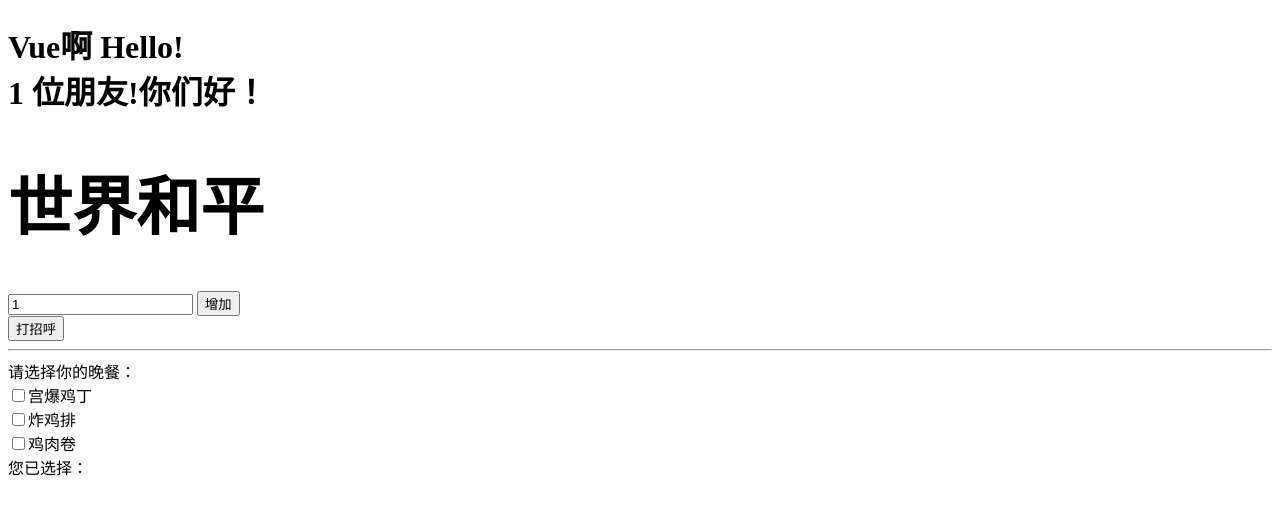
Repository: SOROoi/Web_front-end
Page: Web01_Vue/src/main/webapp/index.html
These files come from the project's save history. The page is drawn as it stood at one moment and after a run of saves; the edit follows.
The browser window is 1280 px wide. The pictures show the whole page.

Above is the page before, as saved 2020-07-11 09:52:48.

After the next 2 saves:
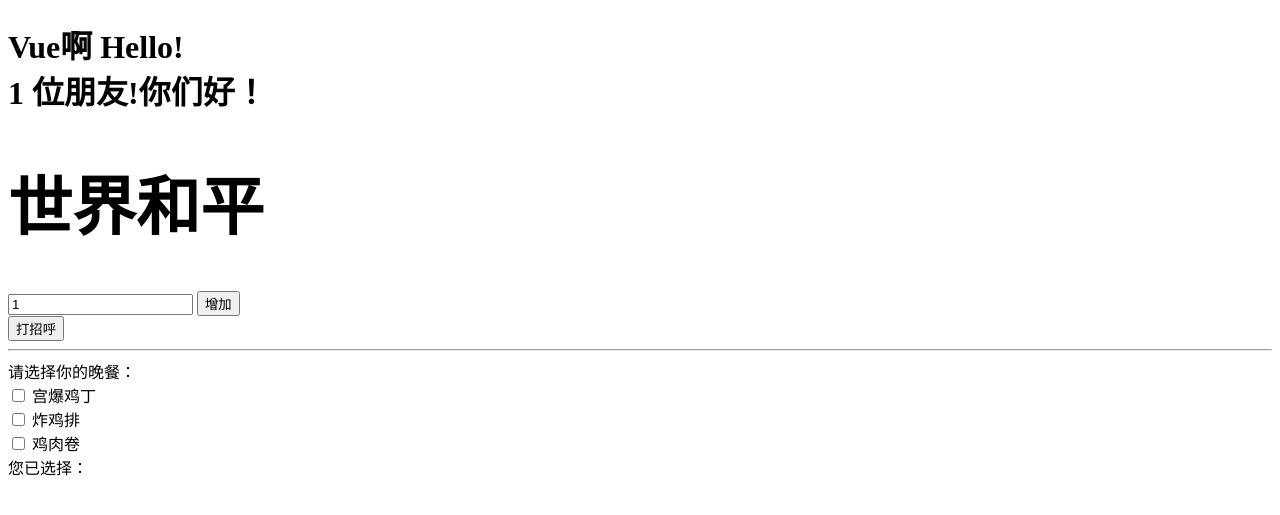
The 2 saves are shown as one change because they came seconds apart.
The last was saved 114 s later.
--- a/Web01_Vue/src/main/webapp/index.html
+++ b/Web01_Vue/src/main/webapp/index.html
@@ -23,12 +23,16 @@
 		<!-- v-model -->
 		<hr>
 		请选择你的晚餐： <br>
-		<input type="checkbox" v-model="dinner" value="宫爆鸡丁">宫爆鸡丁<br>
-		<input type="checkbox" v-model="dinner" value="炸鸡排">炸鸡排<br>
-		<input type="checkbox" v-model="dinner" value="鸡肉卷">鸡肉卷<br>
-		您已选择：<span v-text="dinner.join(',')"></span>	<!-- 用,拼接数组 -->
+		<input type="checkbox" v-model="dinner" value="宫爆鸡丁">
+		宫爆鸡丁<br>
+		<input type="checkbox" v-model="dinner" value="炸鸡排">
+		炸鸡排<br>
+		<input type="checkbox" v-model="dinner" value="鸡肉卷">
+		鸡肉卷<br> 您已选择：<span v-text="dinner.join(',')"></span>
+		<!-- 用,拼接数组 -->
 
-
+		<!-- v-on阻止事件冒泡 -->
+		<div style="width: 100px; height: 100px; background-color: #cornsilk"></div>
 	</div>
 </body>
 

After the save that followed:
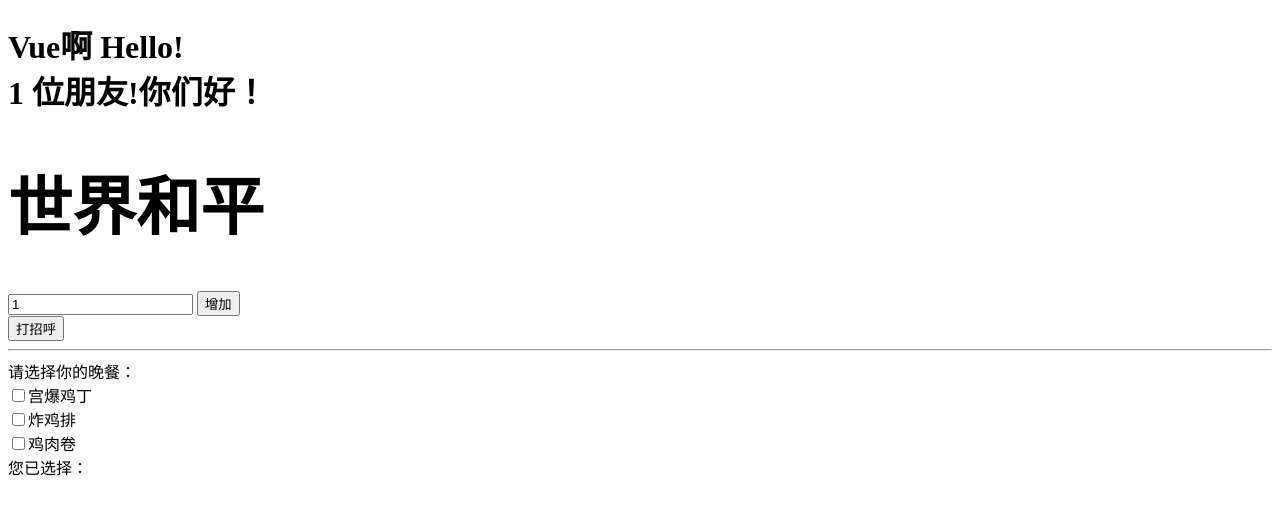
Saved 85 s later.
--- a/Web01_Vue/src/main/webapp/index.html
+++ b/Web01_Vue/src/main/webapp/index.html
@@ -23,16 +23,15 @@
 		<!-- v-model -->
 		<hr>
 		请选择你的晚餐： <br>
-		<input type="checkbox" v-model="dinner" value="宫爆鸡丁">
-		宫爆鸡丁<br>
-		<input type="checkbox" v-model="dinner" value="炸鸡排">
-		炸鸡排<br>
-		<input type="checkbox" v-model="dinner" value="鸡肉卷">
-		鸡肉卷<br> 您已选择：<span v-text="dinner.join(',')"></span>
-		<!-- 用,拼接数组 -->
+		<input type="checkbox" v-model="dinner" value="宫爆鸡丁">宫爆鸡丁<br>
+		<input type="checkbox" v-model="dinner" value="炸鸡排">炸鸡排<br>
+		<input type="checkbox" v-model="dinner" value="鸡肉卷">鸡肉卷<br>
+		您已选择：<span v-text="dinner.join(',')"></span>	<!-- 用,拼接数组 -->
 
 		<!-- v-on阻止事件冒泡 -->
-		<div style="width: 100px; height: 100px; background-color: #cornsilk"></div>
+		<div style="width:100px;height:100px;background-color: #cornsilk" @click="">
+
+		</div>
 	</div>
 </body>
 
@@ -50,6 +49,9 @@
 		methods : {
 			sayhi : function(msg) {
 				this.message = msg;
+			},
+			click : function(msg){
+				console.log(msg);
 			}
 		},
 		created : function() {
